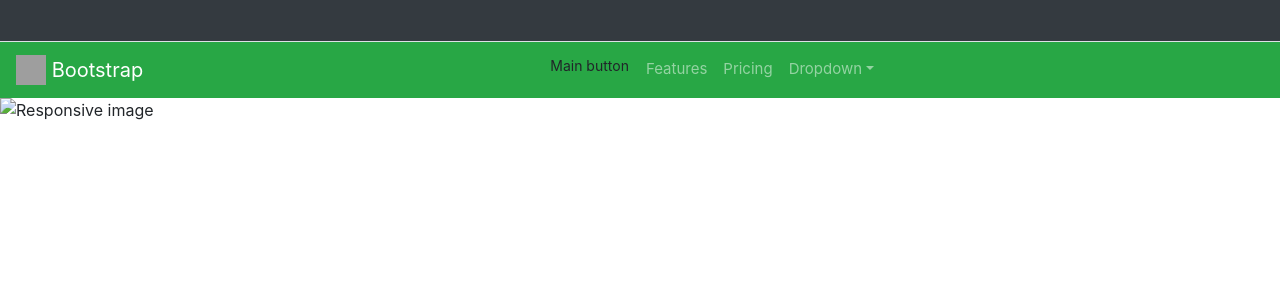
Repository: Alaa-OmarAlshobaki/portfolio
Page: index.html
These files come from the project's save history. The page is drawn as it stood at one moment and after a run of saves; the edit follows.
The browser window is 1280 px wide. The pictures show the whole page.
Pictures or frames that could not be fetched are drawn as grey boxes. Some web fonts or font styles are not loaded; a fallback is used.

Above is the page before, as saved 2020-03-12 00:10:29.

### index.html
<!DOCTYPE html>
<html lang="en">
  <head>
    <meta charset="UTF-8" />
    <meta name="viewport" content="width=device-width, initial-scale=1.0" />
    <link rel="icon" href="public/img/cv.png" type="image/gif" sizes="16x16">
    <link rel="stylesheet" href="public/fonts/icomoon/style.css">
    <link rel="stylesheet" href="public/fonts/flaticon/font/flaticon.css">
    <link rel="stylesheet" href="https://stackpath.bootstrapcdn.com/bootstrap/4.3.1/css/bootstrap.min.css" integrity="sha384-ggOyR0iXCbMQv3Xipma34MD+dH/1fQ784/j6cY/iJTQUOhcWr7x9JvoRxT2MZw1T" crossorigin="anonymous">
    <link href="https://fonts.googleapis.com/css?family=Dancing+Script&display=swap" rel="stylesheet">
    <link rel="stylesheet" href="public/js/jquery-ui/jquery-ui.css" />
    <link rel="stylesheet" href="public/css/style.css" />
    <script src="https://code.jquery.com/jquery-3.3.1.slim.min.js" integrity="sha384-q8i/X+965DzO0rT7abK41JStQIAqVgRVzpbzo5smXKp4YfRvH+8abtTE1Pi6jizo" crossorigin="anonymous"></script>
    <script src="https://cdnjs.cloudflare.com/ajax/libs/popper.js/1.14.7/umd/popper.min.js" integrity="sha384-UO2eT0CpHqdSJQ6hJty5KVphtPhzWj9WO1clHTMGa3JDZwrnQq4sF86dIHNDz0W1" crossorigin="anonymous"></script>
    <script src="https://stackpath.bootstrapcdn.com/bootstrap/4.3.1/js/bootstrap.min.js" integrity="sha384-JjSmVgyd0p3pXB1rRibZUAYoIIy6OrQ6VrjIEaFf/nJGzIxFDsf4x0xIM+B07jRM" crossorigin="anonymous"></script>
    <script type="text/javascript" src="public/js/jquery.js"></script>
    <script type="text/javascript" src="public/js/jquery-ui/jquery-ui.js"></script>

    <script>

      </script>

    <title>Portfolio</title>

    </style>
  </head>
  <body>

  <div class="site-wrap">
<!-- start section social header -->
  <section>

    <div class="border-bottom top-bar py-2 bg-dark" id="home-section">
      <div class="container">
        <div class="row">
         <div class="col-7"></div>
          <div class="col-5">
            <div class="row">
              <div class="col-2"><a href="https://github.com/Alaa-OmarAlshobaki"><span class="icon-github"></span></a></div>
              <div class="col-2"><a href="https://jo.linkedin.com/in/ala-a-omar-al-shobaki-1b4059186?trk=people-guest_people_search-card"><span class="icon-linkedin"></span></a></div>
              <div class="col-2"><a href="mailto:alaaomaralshobaki@gmail.com"><span class="icon-mail_outline"></span></a></div>
              <div class="col-2"><a href="tel:+962788320226"><span class="icon-phonelink_ring"></span></a></div>
            </div>
          </div>
        </div>
      </div>
    </div>

</section>
<!-- end section social header -->
<!-- start section header -->
<section>
   <!--Navbar-->
   <nav class="navbar navbar-expand-lg navbar-dark primary-color bg-success">
    <a class="navbar-brand" href="#">
      <img src="/assets/brand/bootstrap-solid.svg" width="30" height="30" class="d-inline-block align-top" alt="">
      Bootstrap
    </a>
    <div class="container">

      <!-- Collapse button -->
      <button class="navbar-toggler float-right" type="button" data-toggle="collapse" data-target="#navbarSupportedContent"
        aria-controls="navbarSupportedContent" aria-expanded="false" aria-label="Toggle navigation">
        <span class="navbar-toggler-icon"></span>
      </button>

      <!-- Collapsible content -->
      <div class="collapse navbar-collapse justify-content-center" id="navbarSupportedContent">

        <!-- Links -->
        <ul class="navbar-nav">

          <li class="nav-item">
            <button class="btn btn-outline-white btn-sm" type="button">Main button</button>
          </li>

          <li class="nav-item">
            <a class="nav-link" href="#">Features</a>
          </li>
          <li class="nav-item">
            <a class="nav-link" href="#">Pricing</a>
          </li>

          <!-- Dropdown -->
          <li class="nav-item dropdown">
            <a class="nav-link dropdown-toggle" id="navbarDropdownMenuLink" data-toggle="dropdown" aria-haspopup="true"
              aria-expanded="false">Dropdown</a>
            <div class="dropdown-menu dropdown-primary" aria-labelledby="navbarDropdownMenuLink">
              <a class="dropdown-item" href="#">Action</a>
              <a class="dropdown-item" href="#">Another action</a>
              <a class="dropdown-item" href="#">Something else here</a>
            </div>
          </li>

        </ul>
        <!-- Links -->

      </div>
      <!-- CTA -->

    </div>

  </nav>
  <!--/.Navbar-->
</section>
<!-- end section header -->
<!-- start section cover -->
<section>
<div class="container-fluid">
  <div class="row">
    <img src="" class="img-fluid" alt="Responsive image">
  </div>
</div>
</section>
<!-- end section cover -->
  </div><!-- end div site-wrap-->
  </body>
</html>

### public/css/style.css
a {
  color: #32dbc6;
  text-decoration: none;
  background-color: transparent;
  font-size: 15px;
}
a:hover {
  color: #1da493;
  text-decoration: none;
}

Loaded but not shown: public/fonts/icomoon/style.css (common file); public/fonts/flaticon/font/flaticon.css (common file); public/js/jquery-ui/jquery-ui.css (library); public/js/jquery.js (library); public/js/jquery-ui.js (library)

After the next 2 saves:
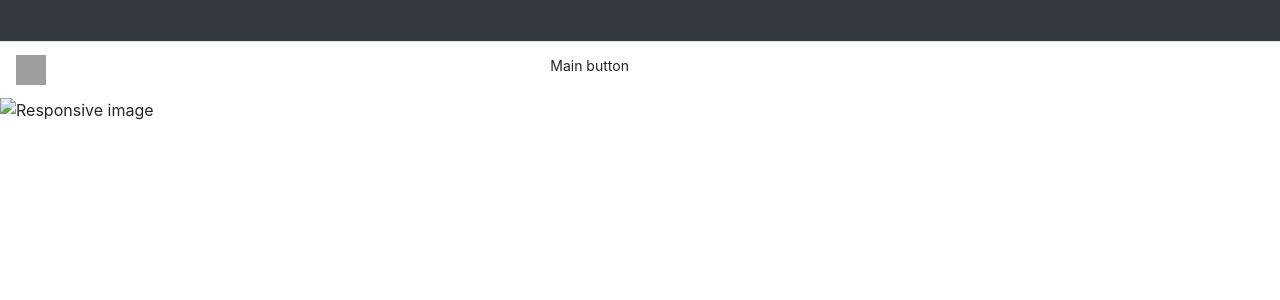
The 2 saves are shown as one change because they came seconds apart.
The last was saved 50 s later.
--- a/index.html
+++ b/index.html
@@ -51,7 +51,7 @@
 <!-- start section header -->
 <section>
    <!--Navbar-->
-   <nav class="navbar navbar-expand-lg navbar-dark primary-color bg-success">
+   <nav class="navbar navbar-expand-lg navbar-dark primary-color bg-white">
     <a class="navbar-brand" href="#">
       <img src="/assets/brand/bootstrap-solid.svg" width="30" height="30" class="d-inline-block align-top" alt="">
       Bootstrap
